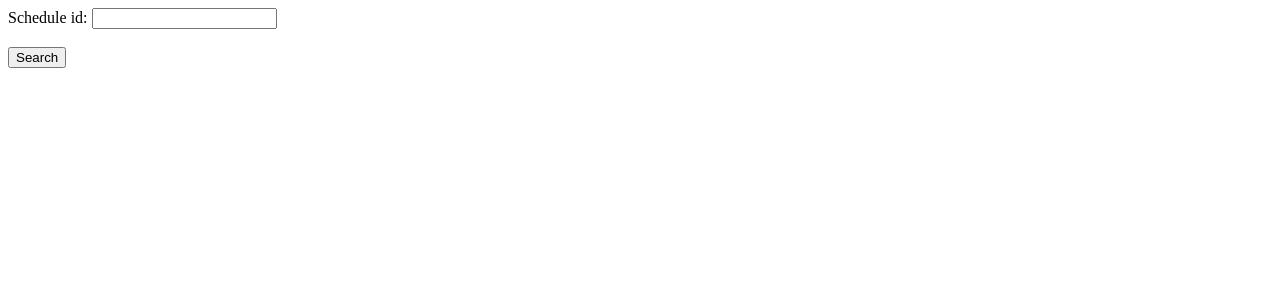
Repository: gummabhargavi/DynWebEjBPoject-AND-server
Page: DynWebEjbBusProject/WebContent/SearchTravel.html
These files come from the project's save history. The page is drawn as it stood at one moment and after the next save; the edit follows.
The browser window is 1280 px wide. The pictures show the whole page.

Above is the page before, as saved 2022-12-07 12:25:50.

After the next save:
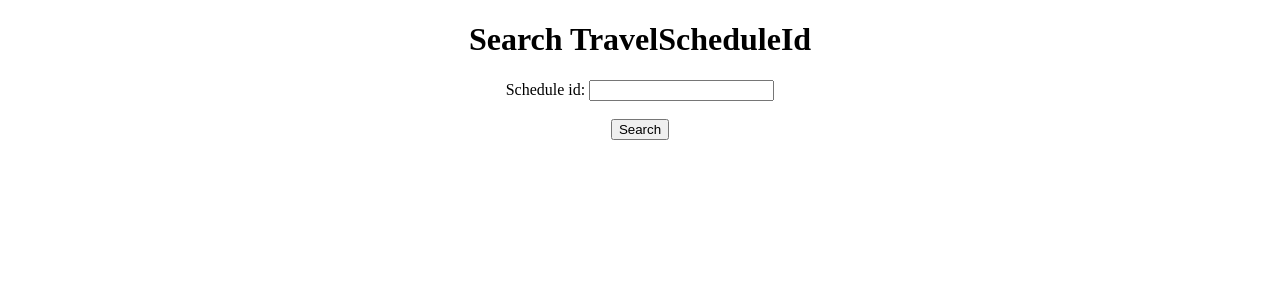
Saved 49 s later.
--- a/DynWebEjbBusProject/WebContent/SearchTravel.html
+++ b/DynWebEjbBusProject/WebContent/SearchTravel.html
@@ -6,9 +6,12 @@
 </head>
 <body>
    <form action="SearchTravelServlet">
+   <center>
+   <h1>Search TravelScheduleId</h1>
     Schedule id:
       <input type="text" name="schedule_id" ><br/><br/>
       <input type="submit" value="Search" >
+      </center>
    </form>
 </body>
 </html>
